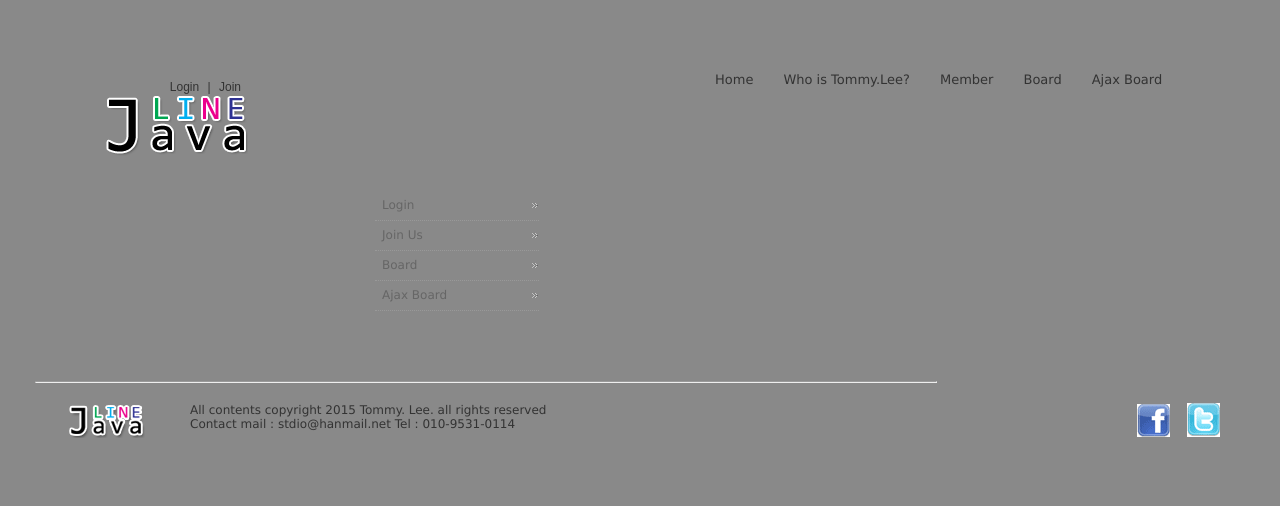
Repository: JIYEON25/HTML-CSS-JS
Page: http://localhost/myHTML/
An editor plug-in stored every save of this project. The page is shown before and after the next save, followed by the edit.
The browser window is 1280 px wide. The pictures show the whole page.
The page is served by Tomcat 9.

Above is the page before, as saved 2023-09-06 06:38:30.

### myJSP/myHTML/src/main/webapp/default.html
<!DOCTYPE html>
<html lang="ko">
<head>
  <meta charset="UTF-8">
  <link rel="stylesheet" type="text/css" href="css/default.css">
  <title>페이지 전체 구조</title>
</head>
<body>
<div id="wrap">
  <header>
    <div id="logo">
    <div id="login"><a href="#">Login</a> | <a href="#">Join</a></div>
	<div class="clear"></div>
      <img src="images/logo.png" width="265" height="62" alt="Javaline Web">
    </div>
    <div>
    <nav id="top_menu">
		<ul>
			<li><a href="#">Home</a></li>
			<li><a href="#">Who is Tommy.Lee?</a></li>
			<li><a href="#">Member</a></li>
			<li><a href="#">Board</a></li>
			<li><a href="#">Ajax Board</a></li>
		</ul>
	</nav>
	</div>
	</header>
    <!--왼쪽의 서브메뉴가 들어가는 곳-->
    <nav id="sub_menu">
		<ul>
			<li><a href="#">Login</a>
			<li><a href="#">Join Us</a>
			<li><a href="#">Board</a>
			<li><a href="#">Ajax Board</a>
		</ul>
	</nav>
	<!--실제 내용 콘텐츠가 들어가는 곳-->
	<article>
		<div class="clear"></div>
	</article>
	<!-- 푸터가 들어가는 곳 -->
	<footer>
		<hr>
		<div id="copy">
		All contents copyright 2015 Tommy. Lee. all rights reserved<br>
		Contact mail : stdio@hanmail.net Tel : 010-9531-0114
		</div>
		<div id="social">
		<img src="images/facebook.gif" width="33" height="33" alt="Facdebook">
		<img src="images/twitter.gif" width="33" height="34" alt="Twitter">
		</div>
	</footer>

 </div>
</body>
</html>

### myJSP/myHTML/src/main/webapp/css/default.css
@charset "UTF-8";

body{
	background-color:#898989;
	margin:0; padding:0; font-size:0.75em;
	line-height:1.2em; color:#333;
}

#warp{
	width:971px; /*각 웹페이지의 크기에 맞게 사이즈 조정*/
	text-align:left; margin:0;
	margin-right:auto; margin-left: auto;
	background-image:url(../images/shadow.png);
	background-repeat:repeat-y;
	min-height:780px;
}

#logo{
	float:left; width:265px; margin:60px 0 0 40px;
}

header{
	height:151px;
}

.clear {
	clear:both;
}

nav#top_menu{
	width:600px;
	margin:50px 20px 0 0;
	float:right;
}

nav#top_menu ul{
	list-style:none;
	font-family:Verdana, Geneva, sans-serif;
	font-size:13px; font-weight:100; color:#333;
}

nav#top_menu ul li{
	float:left; margin:0 5px;
}

nav#top_menu a{
	display:block; height:20px; padding:10px; text-decoration:none; color:#333;
}

nav#top_menu a:hover{
	background-image:url(../images/blue.gif);
	background-repeat:repeat-x;
	background-position:bottom;
}

#login{
	float:right; margin:20px 64px 0 0; font-family:Arial, Helvetica, sans-serif;
	font-size:12px; word-spacing:5px;
}

#login a{
	text-decoration:none; color:#333;
}

#login a:hover{
	color:#F90;
}

footer{
	margin:50px 0 0 0; height:80px;
	background-image:url(../images/under_logo.png);
	background-repeat:no-repeat;
	background-position:40px center;
}

footer hr{
	width:900px; margin:0 0 0 35px;
}

footer #copy{
	font-family:Verdana, Geneva, sans-serif;
	width:450px; margin:20px 0 0 190px; float:left;
}

footer #social{
	width:130px; margin:20px 20px 0 0; float:right;
}

footer #social img{
	margin:0 7px;
}

#sub_menu{
	width:238px; float:left; margin:20px;
	font-family:Verdana, Geneva, sans-serif;
	font-size:1em;
}

#sub_menu ul{
	margin:20px 0 0 10px; list-style:none;
}

#sub_menu a{
	text-decoration:none; color:#666; display:block;
	height:15px; width:150px; padding:7px;
	border-bottom-width: 1px;
	border-bottom-style: dotted;
	border-bottom-color:#999;
	background-image: url(../images/bullet.gif);
	background-repeat:no-repeat;
	background-position:right center;
}

#sub_menu a:hover{
	background-image:url(../images/bullet_orange.gif);
	background-repeat:no-repeat;
	background-position:right center;
	color:#F90;
}

#sub_img{
	width:971px; height:179px;
	background-image:url(images/sub_back.png);
	background-repeat:no-repeat;
	background-position:left top;
}

After the next save:
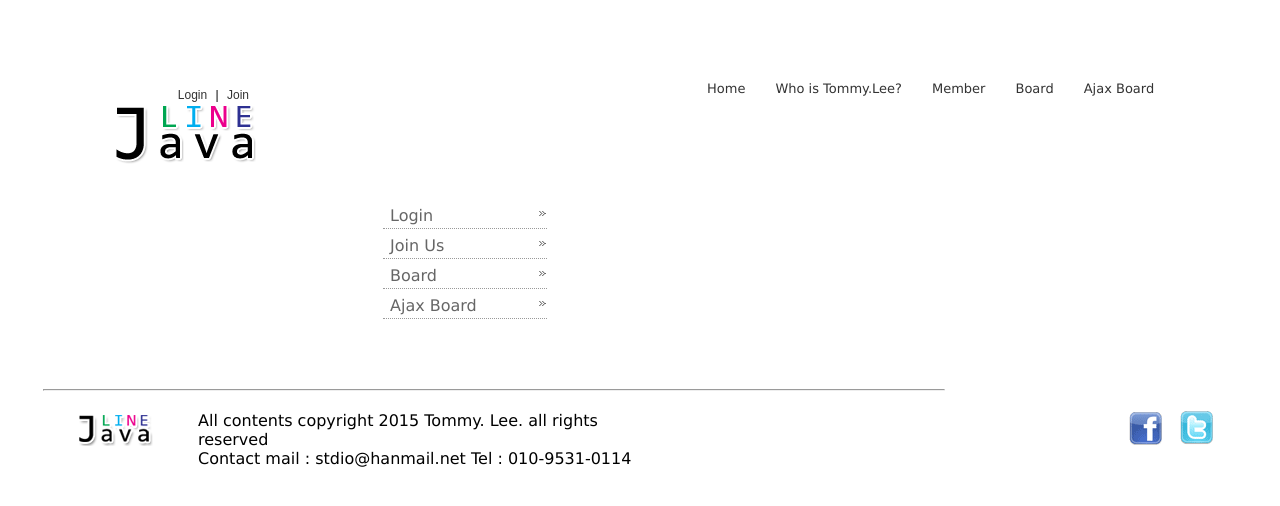
Saved 5 min 2 s later.
--- a/myJSP/myHTML/src/main/webapp/css/default.css
+++ b/myJSP/myHTML/src/main/webapp/css/default.css
@@ -1,10 +1,6 @@
 @charset "UTF-8";
 
-body{
-	background-color:#898989;
-	margin:0; padding:0; font-size:0.75em;
-	line-height:1.2em; color:#333;
-}
+
 
 #warp{
 	width:971px; /*각 웹페이지의 크기에 맞게 사이즈 조정*/
